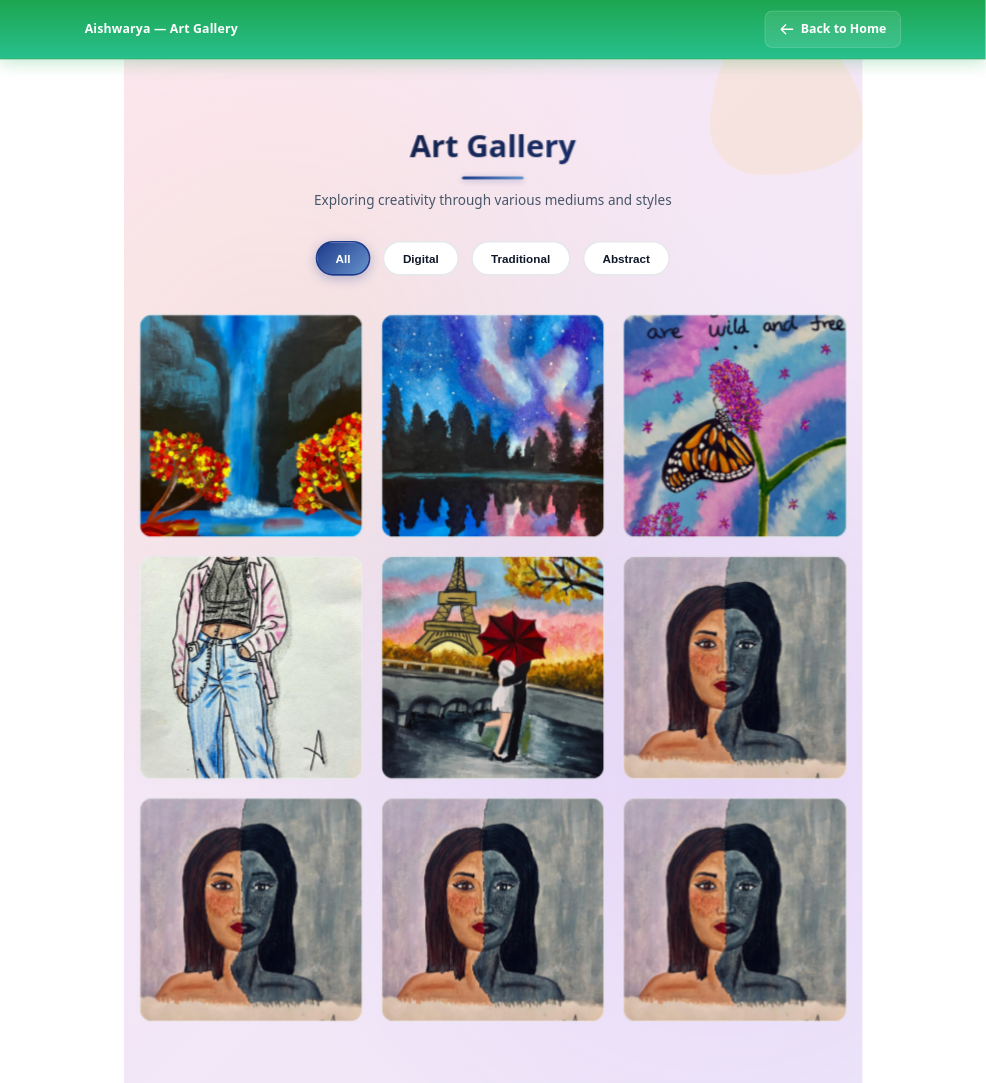
Repository: aishwarya-41/personal_portfolio
Page: /art
These files come from the project's save history. The page is drawn as it stood at one moment and after a run of saves; the edit follows.
The browser window is 1280 px wide. The pictures show the whole page, at 77% of full size.
The project was rebuilt for these pictures with package versions that can differ from the ones it lists, and the page was loaded fresh each time. Also part of the build but not shown: vite.config.js, src/components/Header.jsx, src/components/Hero.jsx, src/components/About.jsx, src/components/Education.jsx, src/components/Projects.jsx, src/components/Skills.jsx, src/components/Certifications.jsx and 6 more.

Above is the page before, as saved 2025-11-01 12:04:08.

After the next 7 saves:
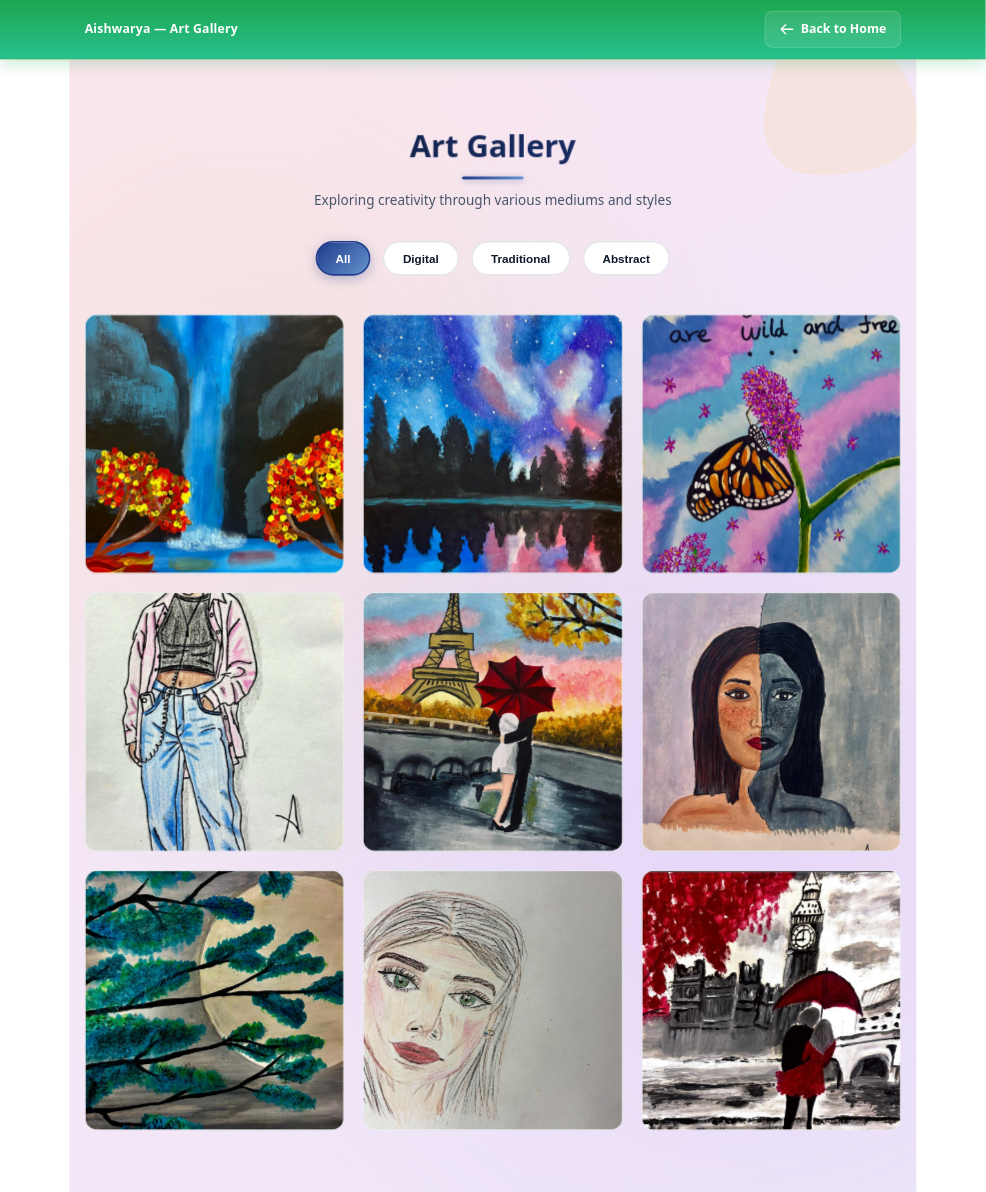
The 7 saves are shown as one change because they came seconds apart.
The last was saved 18 s later.
--- a/src/components/ArtGallery.jsx
+++ b/src/components/ArtGallery.jsx
@@ -50,26 +50,26 @@ const artPieces = [
     year: '2023'
   },
    {
-    id: 6,
+    id: 7,
     title: 'Watercolor Dreams',
     category: 'traditional',
-    image: '/art/art6.png',
+    image: '/art/art7.png',
     description: 'Delicate watercolor painting with soft tones.',
     year: '2023'
   },
    {
-    id: 6,
+    id: 8,
     title: 'Watercolor Dreams',
     category: 'traditional',
-    image: '/art/art6.png',
+    image: '/art/art8.png',
     description: 'Delicate watercolor painting with soft tones.',
     year: '2023'
   },
    {
-    id: 6,
+    id: 9,
     title: 'Watercolor Dreams',
     category: 'traditional',
-    image: '/art/art6.png',
+    image: '/art/art9.png',
     description: 'Delicate watercolor painting with soft tones.',
     year: '2023'
   }
